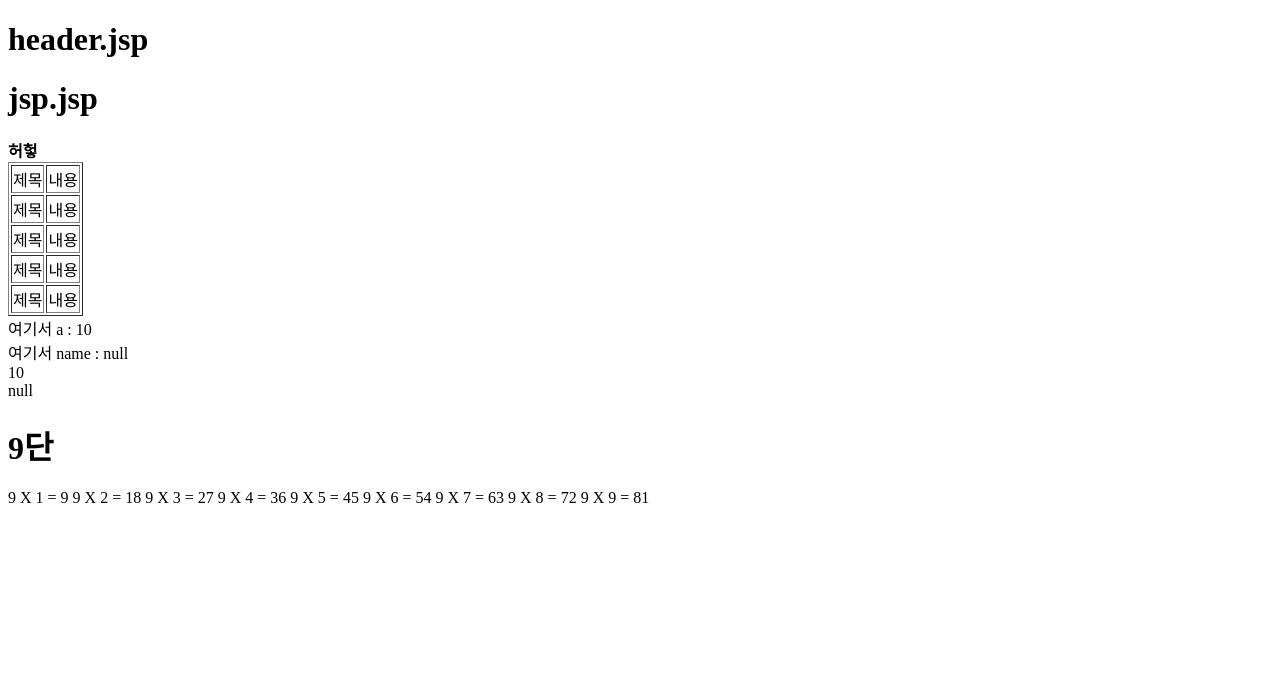
Repository: JaeWon-Sim/Project
Page: http://localhost/_4_project_jsp/jsp.jsp
These files come from the project's save history. The page is drawn as it stood at one moment and after the next save; the edit follows.
The browser window is 1280 px wide. The pictures show the whole page.
The page is served by Tomcat 9.

Above is the page before, as saved 2025-08-21 06:58:36.

After the next save:
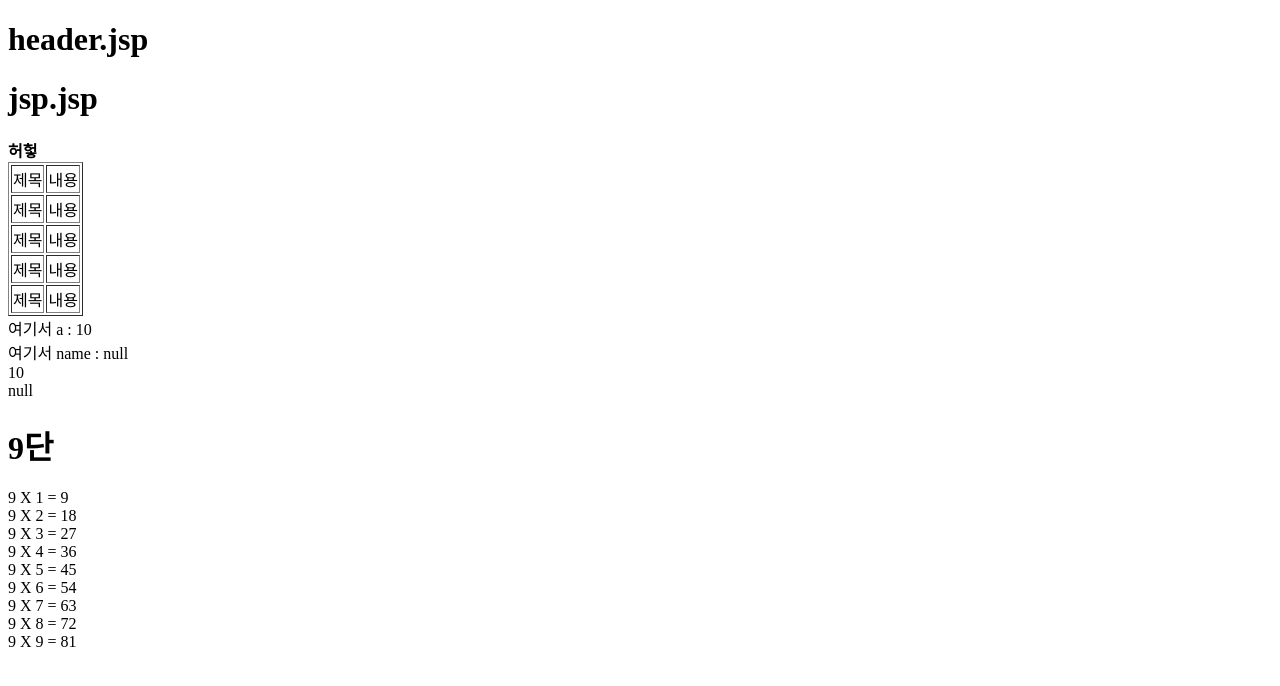
Saved 16 s later.
--- a/workspace_java/_4_project_jsp/src/main/webapp/jsp.jsp
+++ b/workspace_java/_4_project_jsp/src/main/webapp/jsp.jsp
@@ -75,7 +75,7 @@
 	<%
 	for(int i=1; i<10; i++){
 	%>
-	9 X <%=i %> = <%=i*9 %>
+	9 X <%=i %> = <%=i*9 %><br>
 	<%
 	}
 	%>
